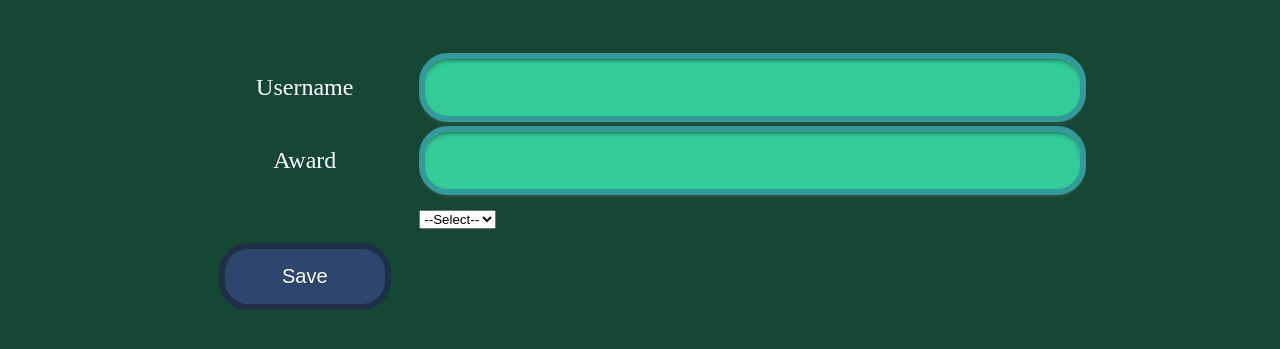
Repository: prajaktamore/Web-Based-Programming-3
Page: http://localhost/BinaryCalculator/changeAwardWinners.jsp
An editor plug-in stored every save of this project. The page is shown before and after the next save, followed by the edit.
The browser window is 1280 px wide. The pictures show the whole page.
The page is served by Tomcat 9. Other server files are loaded and not shown.

Above is the page before, as saved 2014-05-02 04:08:13.

### BinaryCalculator/WebContent/changeAwardWinners.jsp
<%@ page language="java" contentType="text/html; charset=ISO-8859-1"
    pageEncoding="ISO-8859-1"%>
<%@taglib prefix="core" uri="http://java.sun.com/jsp/jstl/core"%>
<%@ page import="java.util.*" session="true"%>
<%@ page errorPage="ShowError.jsp" %>

<!DOCTYPE html PUBLIC "-//W3C//DTD HTML 4.01 Transitional//EN" "http://www.w3.org/TR/html4/loose.dtd">
<html>
<head>
<meta http-equiv="Content-Type" content="text/html; charset=ISO-8859-1">
<title>Awards</title>
<link href="more.css" rel="stylesheet" type="text/css" />

</head>
<body>
<form method="POST" action="changeAwardWinners">
		  <table width="page" align="center" >
					<tr>
					  <td height="40" align="center"> <label style="color:#ffffff;font-size:24px" >Username</label> </td>
             			 <td align="center"> <input id="username" name="username" readonly="readonly" value="${sessionScope.username}" type="text" style ="background: #33CC99; height:55px; width: 600px;text-align:right;font-size:35px; border-radius: 2em; border:6px solid #339999;border-radius:29px; color: #fff; padding-left: 1.5em; outline: none; box-shadow: 0 4px 6px -5px hsl(0, 0%, 40%), inset 0px 4px 6px -5px hsl(0, 0%, 2%)"/></td>
 					</tr>
 					<tr>
					  <td height="40" align="center"> <label style="color:#ffffff;font-size:24px" >Award</label> </td>
             			 <td align="center"> <input id="award" name="award" readonly="readonly" value="${sessionScope.award}" type="text" style ="background: #33CC99; height:55px; width: 600px;text-align:right;font-size:35px; border-radius: 2em; border:6px solid #339999;border-radius:29px; color: #fff; padding-left: 1.5em; outline: none; box-shadow: 0 4px 6px -5px hsl(0, 0%, 40%), inset 0px 4px 6px -5px hsl(0, 0%, 2%)"/></td>
 					</tr>

					<tr>
					  <td height="40" align="center"> <label id="lr6" style="color:#ffffff;font-size:24px;visibility:hidden;" >Select Award you want</label> </td>
             			<td>
 					    <select name="rdownlist" id="rdownlist">
					        <OPTION  value="-1" label="--Select--" selected="selected">
					        <core:forEach items="${sessionScope.awardlist1}" var="dt" varStatus="status">
					            <option value="${dt}">${dt}</option>
					        </core:forEach>
					    </select>
					    </td>
 					</tr>
 					<tr>
						<td align="center"><input type="submit" name="Save" value="Save" style="background-color: #2e466e; color: #ffff; border-radius: 10px;border:6px solid #1f2f47;border-radius:29px;padding:16px 57px;text-shadow:0px 1px 0px #263666;font-size:20px;">
					</tr>
</table>
</form>
</body>
</html>

### BinaryCalculator/WebContent/more.css
/*
    author : Prajakta More
    date created : 11 Feb 2014
	Version:  1
    copyright information : Binghamton University
*/

/*Defines style for body tag all fields declared in body tag will follow below style for margins and background*/
body
{
margin-top:50px;
margin-left:50px;
margin-right:50px;
margin-bottom:50px;
background:#154734;
}



input#submit {
    padding: 4px 40px;
    /*give the background a gradient*/
    background:#ffae00; /*fallback for browsers that don't support gradients*/
    background: -webkit-linear-gradient(top, #ffae00, #d67600);
    background: -moz-linear-gradient(top, #ffae00, #d67600);
    background: -o-linear-gradient(top, #ffae00, #d67600);
    background: linear-gradient(top, #ffae00, #d67600);
    border:2px outset #dad9d8;
    /*style the text*/
    font-family:Andika, Arial, sans-serif;
    font-size:1.1em;
    letter-spacing:0.05em;
    text-transform:uppercase;
    color:#fff;
    text-shadow: 0px 1px 10px #000;
    /*add to small curve to the corners of the button*/
    -webkit-border-radius: 15px;
    -moz-border-radius: 15px;
    border-radius: 15px;
    /*give the button a drop shadow*/
    -webkit-box-shadow: rgba(0, 0, 0, .55) 0 1px 6px;
    -moz-box-shadow: rgba(0, 0, 0, .55) 0 1px 6px;
    box-shadow: rgba(0, 0, 0, .55) 0 1px 6px;
    }
    /****NOW STYLE THE BUTTON'S HOVER STATE***/
    input#submit:hover, input#submit:focus {
    border:2px solid #dad9d8;
    }



/*Defines style for table tag all fields declared in table tag will follow below style for border*/
table
{
border: 0px solid #154734;
content-type:text/plain;
charset=iso-8859-1 ;
}
/*Defines style for table data tag all fields declared in table data tag will follow below style for border and text color */
td
{
border: 0px solid #154734;
color:white;
}
/*Defines style for paragraph tag  with class type defined as ex2 all fields declared in paragraph tag will follow below style for font, color, text align*/
p.ex2
{
font:30px arial,sans-serif,centre;
color:#ffffff;
text-align:center;
}
/*Defines style for paragraph tag  with class type defined as ex1 all fields declared in paragraph tag will follow below style for font, color, text align*/
p.ex1
{
font:18px arial,sans-serif,centre;
color:#ffffff;
text-align:center;
}
/*Defines style for img tag all with class name as ex3 fields declared in img tag will
follow below style for margins, background, padding, border, background -color, height, width, float, text- align*/
img.ex3
{
  margin: 5px;
  padding: 5px;
  background-color: #ffffff;
  border: 3px solid #ffffff;
  height: 375px;
  width: 250px;
  float: left;
  text-align: left;
}
/*Defines style for a href tag and its properties for different states as link, visited, hover, active*/
a:link {text-decoration:none;
background-color:#66CCCC;
color:#000000;
}
a:visited {text-decoration:none;
background-color:#9999CC;
color:#660033;
}
a:hover {text-decoration:underline;
background-color:#CC99CC;
color:#000033;
}
a:active {text-decoration:underline;
background-color:#FF99CC;
color:#330000;
}

After the next save:
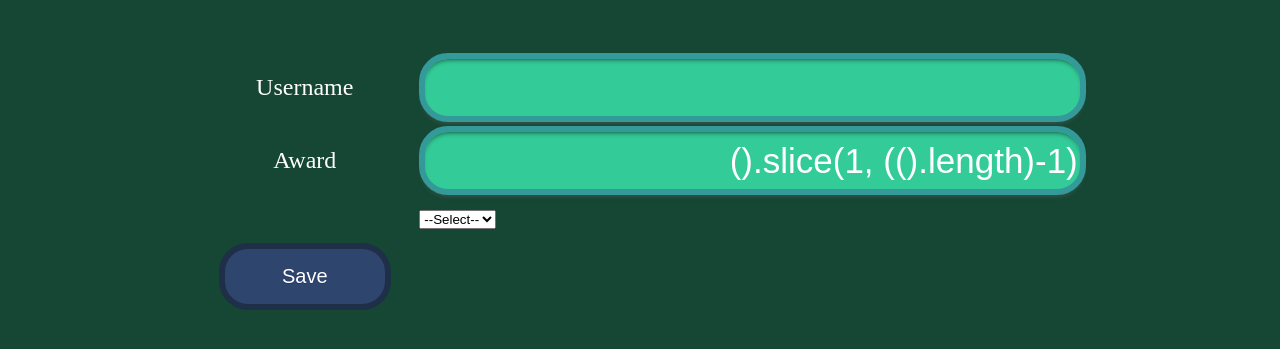
Saved 41 s later.
--- a/BinaryCalculator/WebContent/changeAwardWinners.jsp
+++ b/BinaryCalculator/WebContent/changeAwardWinners.jsp
@@ -21,7 +21,7 @@
  					</tr>
  					<tr>
 					  <td height="40" align="center"> <label style="color:#ffffff;font-size:24px" >Award</label> </td>
-             			 <td align="center"> <input id="award" name="award" readonly="readonly" value="${sessionScope.award}" type="text" style ="background: #33CC99; height:55px; width: 600px;text-align:right;font-size:35px; border-radius: 2em; border:6px solid #339999;border-radius:29px; color: #fff; padding-left: 1.5em; outline: none; box-shadow: 0 4px 6px -5px hsl(0, 0%, 40%), inset 0px 4px 6px -5px hsl(0, 0%, 2%)"/></td>
+             			 <td align="center"> <input id="award" name="award" readonly="readonly" value="(${sessionScope.award}).slice(1, ((${sessionScope.award}).length)-1)" type="text" style ="background: #33CC99; height:55px; width: 600px;text-align:right;font-size:35px; border-radius: 2em; border:6px solid #339999;border-radius:29px; color: #fff; padding-left: 1.5em; outline: none; box-shadow: 0 4px 6px -5px hsl(0, 0%, 40%), inset 0px 4px 6px -5px hsl(0, 0%, 2%)"/></td>
  					</tr>
 
 					<tr>

After the save that followed:
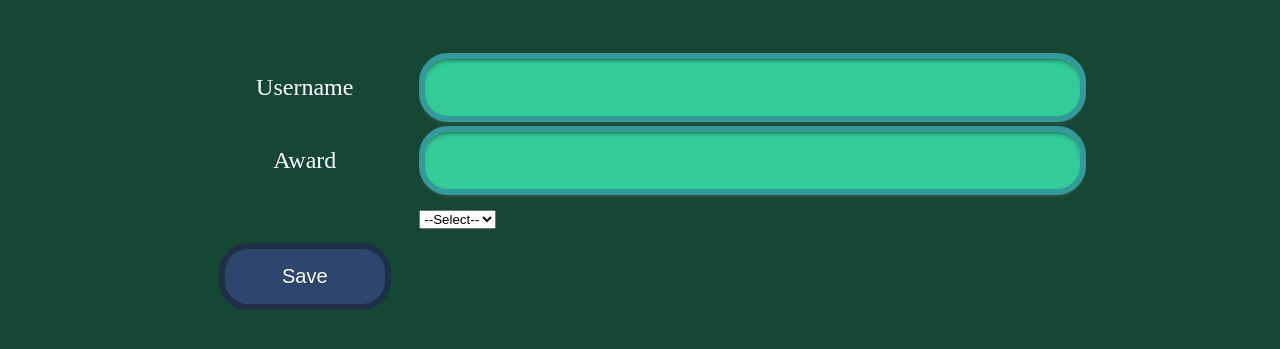
Saved 2 min 20 s later.
--- a/BinaryCalculator/WebContent/changeAwardWinners.jsp
+++ b/BinaryCalculator/WebContent/changeAwardWinners.jsp
@@ -21,7 +21,7 @@
  					</tr>
  					<tr>
 					  <td height="40" align="center"> <label style="color:#ffffff;font-size:24px" >Award</label> </td>
-             			 <td align="center"> <input id="award" name="award" readonly="readonly" value="(${sessionScope.award}).slice(1, ((${sessionScope.award}).length)-1)" type="text" style ="background: #33CC99; height:55px; width: 600px;text-align:right;font-size:35px; border-radius: 2em; border:6px solid #339999;border-radius:29px; color: #fff; padding-left: 1.5em; outline: none; box-shadow: 0 4px 6px -5px hsl(0, 0%, 40%), inset 0px 4px 6px -5px hsl(0, 0%, 2%)"/></td>
+             			 <td align="center"> <input id="award" name="award" readonly="readonly" value="${sessionScope.award}" type="text" style ="background: #33CC99; height:55px; width: 600px;text-align:right;font-size:35px; border-radius: 2em; border:6px solid #339999;border-radius:29px; color: #fff; padding-left: 1.5em; outline: none; box-shadow: 0 4px 6px -5px hsl(0, 0%, 40%), inset 0px 4px 6px -5px hsl(0, 0%, 2%)"/></td>
  					</tr>
 
 					<tr>
